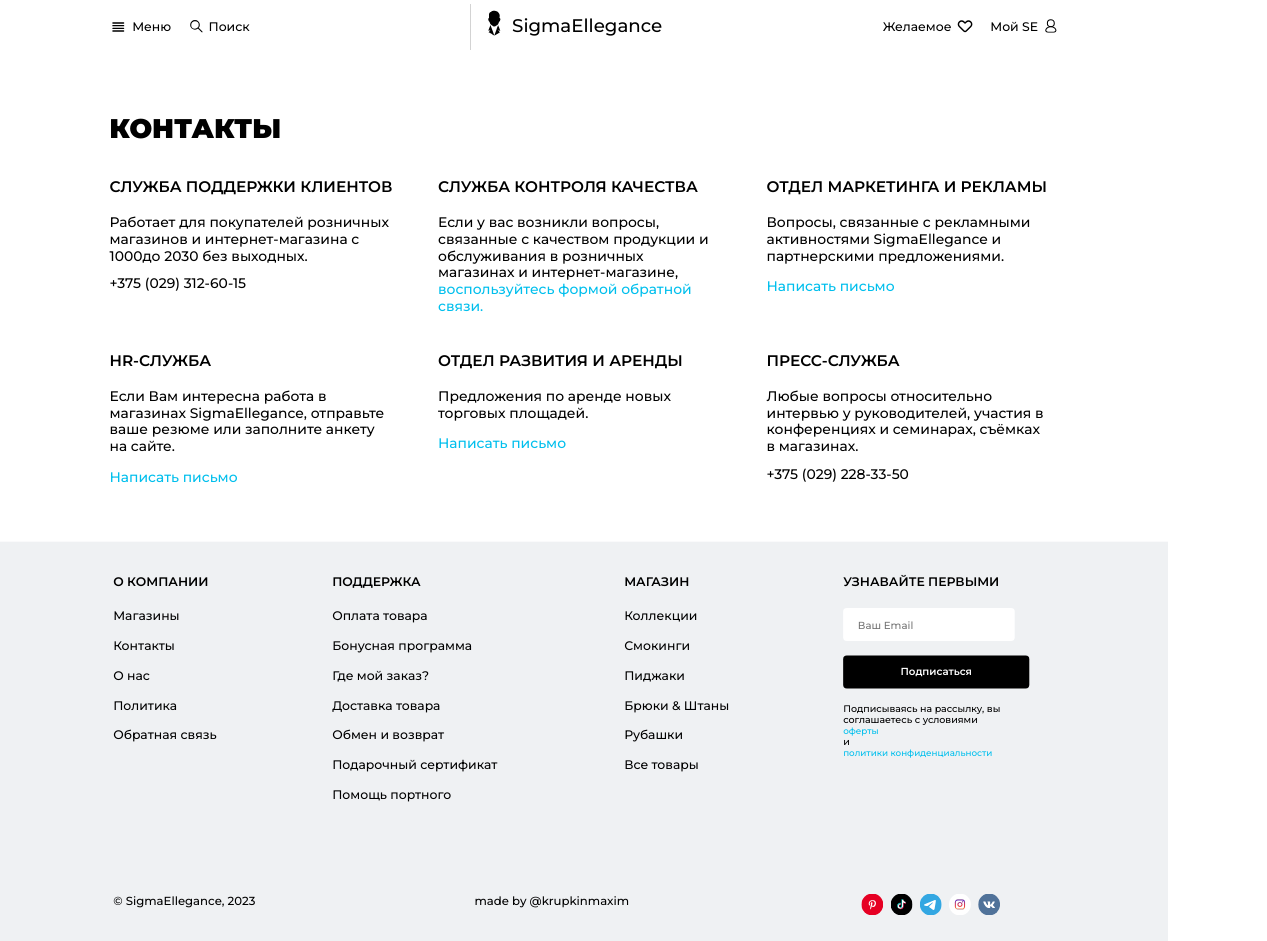
Repository: MaksimKrupkin/SigmaEllegance
Page: /contacts
These files come from the project's save history. The page is drawn as it stood at one moment and after the next save; the edit follows.
The browser window is 1280 px wide. The page is 1736 px wide, so the pictures cover 1736 px, including what lies to the right of the window. The pictures show the whole page, at 73% of full size.
Some web fonts or font styles are not loaded; a fallback is used. The project was rebuilt for these pictures with package versions that can differ from the ones it lists, and the page was loaded fresh each time. Also part of the build but not shown: src/Components/SideBar/SideBar.module.css, src/Components/SideBar/SideBar.jsx, src/Pages/HomePage.module.css, src/Components/SliderWrapper/SliderWrapper.module.css, src/Components/SliderCard/SliderCard.module.css, src/Components/SliderCard/SliderCard.jsx, src/Components/LeftArrow/LeftArrow.module.css, src/Components/LeftArrow/LeftArrow.jsx and 25 more.

Above is the page before, as saved 2023-12-18 17:24:05.

After the next save:
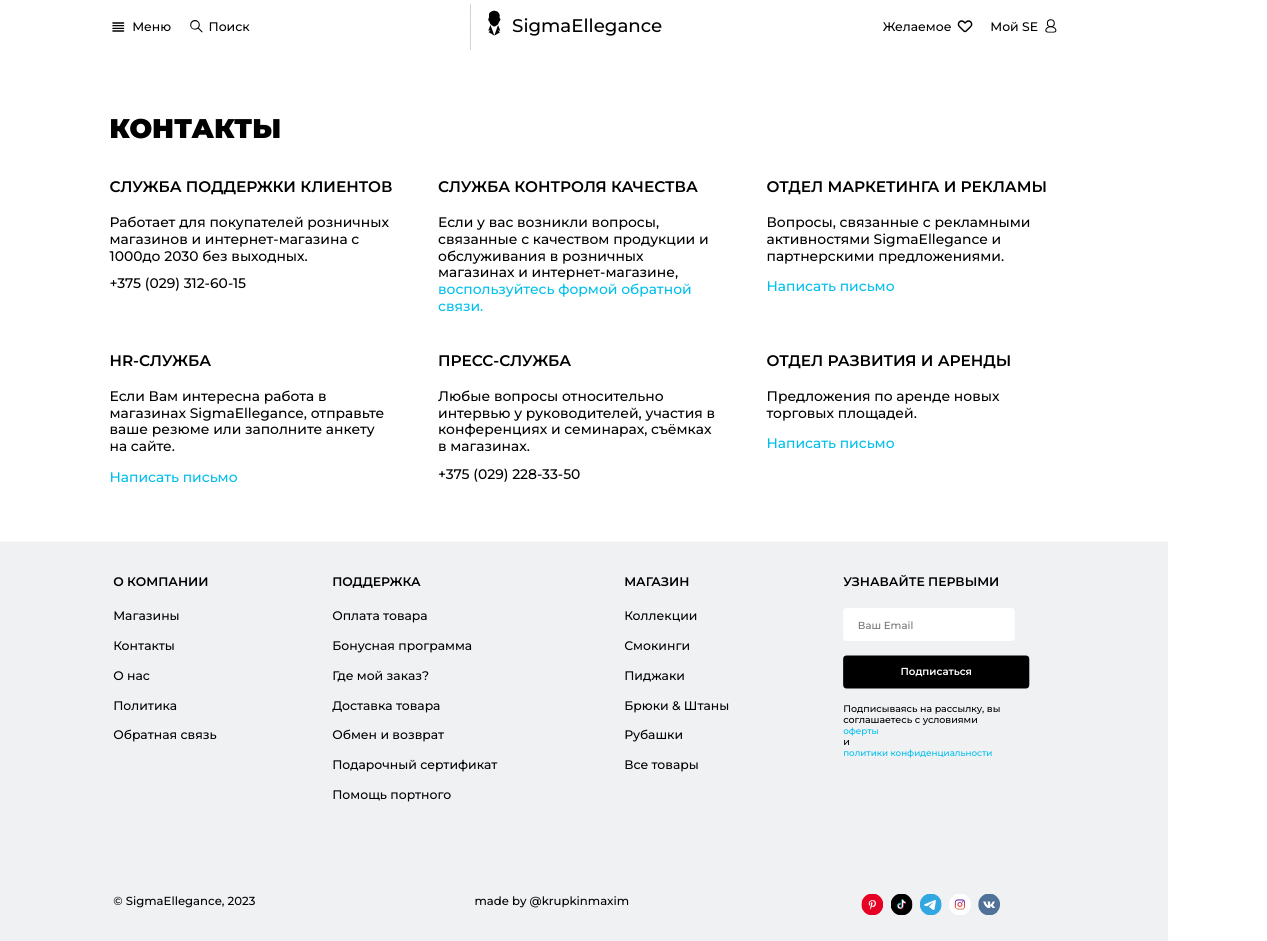
Saved 60 s later.
--- a/src/Pages/Contacts/Contacts.jsx
+++ b/src/Pages/Contacts/Contacts.jsx
@@ -43,18 +43,18 @@ export default function Contacts() {
             <Link className={styles.link}>Написать письмо</Link>
           </div>
           <div className={styles.item}>
-            <div className={styles.subtitle}>Отдел развития и аренды</div>
-            <div className={styles.text}>Предложения по аренде новых торговых площадей.</div>
-            <br />
-            <Link className={styles.link}>Написать письмо</Link>
-          </div>
-          <div className={styles.item}>
             <div className={styles.subtitle}>Пресс-служба</div>
             <div className={styles.text}>
               Любые вопросы относительно интервью у руководителей, участия в конференциях и
               семинарах, съёмках в магазинах.
             </div>
             <span className={styles.phoneNumber}>+375 (029) 228-33-50</span>
+          </div>
+          <div className={styles.item}>
+            <div className={styles.subtitle}>Отдел развития и аренды</div>
+            <div className={styles.text}>Предложения по аренде новых торговых площадей.</div>
+            <br />
+            <Link className={styles.link}>Написать письмо</Link>
           </div>
         </div>
       </div>
